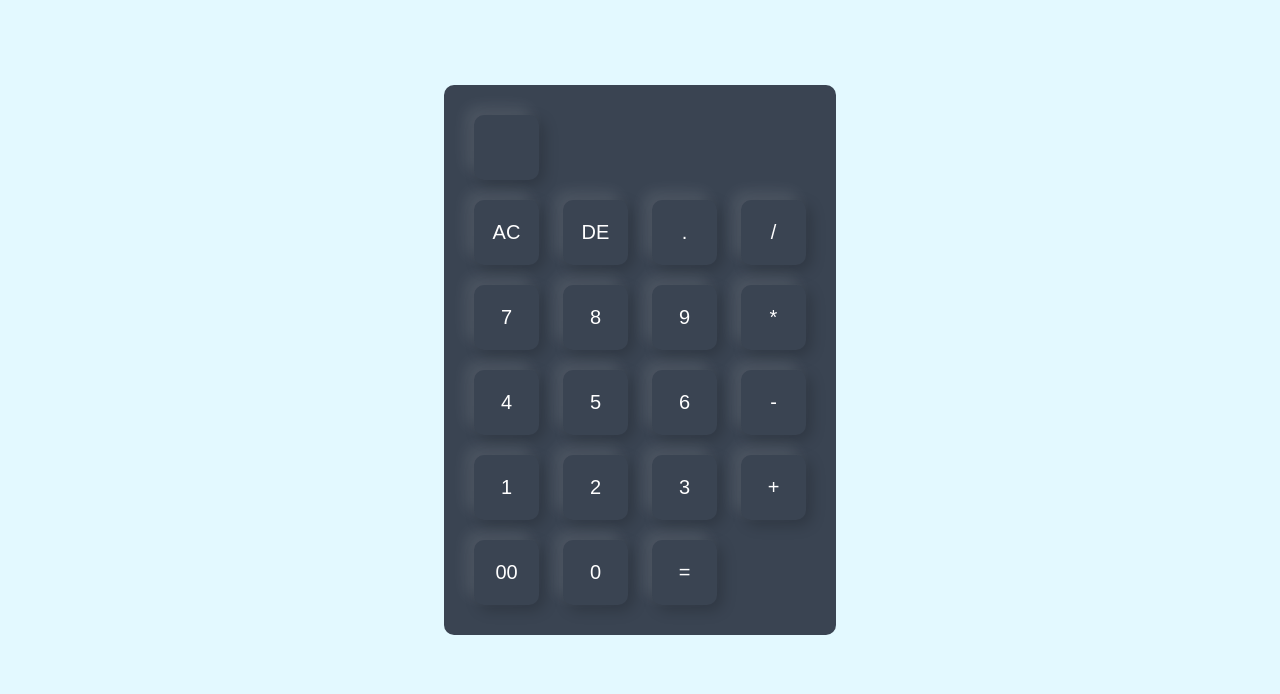
Repository: joeltorcato/CALCULATOR
Page: index.html
These files come from the project's save history. The page is drawn as it stood at one moment and after the next save; the edit follows.
The browser window is 1280 px wide. The pictures show the whole page.

Above is the page before, as saved 2023-12-31 19:08:19.

After the next save:
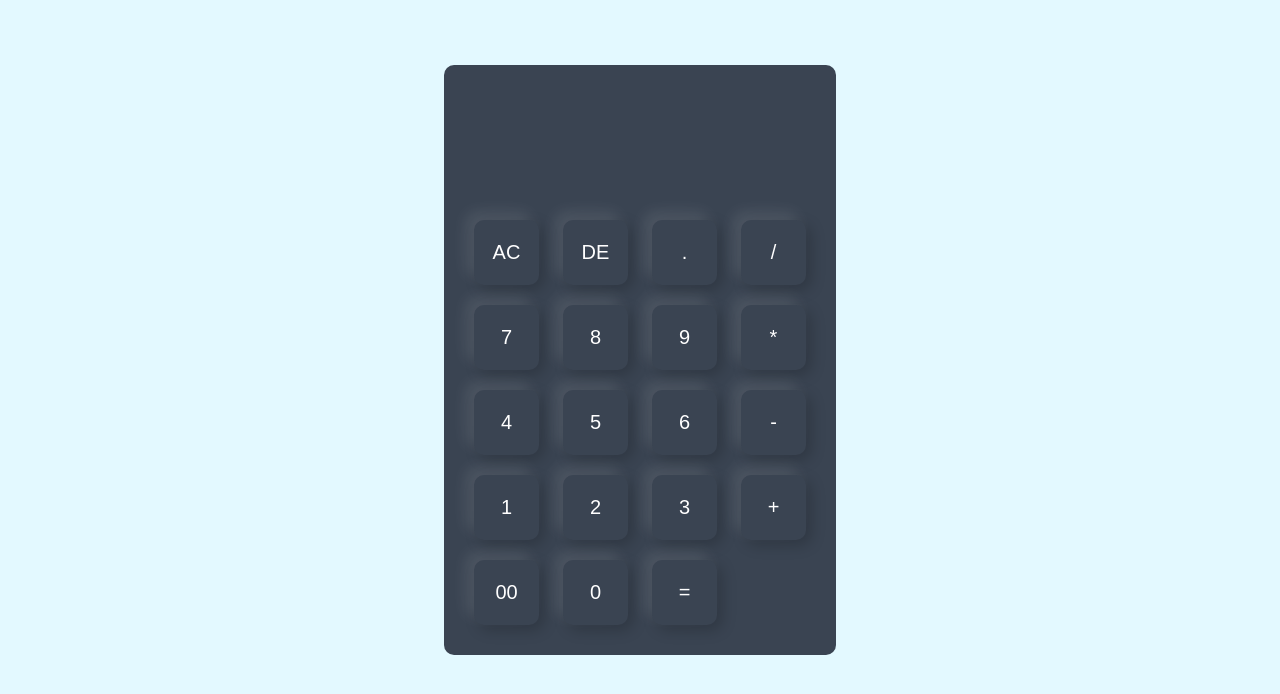
Saved 108 s later.
--- a/style.css
+++ b/style.css
@@ -35,3 +35,17 @@
     cursor: pointer;
     margin: 10px;
 }
+
+/*display*/
+form .display{
+    display: flex;
+    justify-content: flex-end;
+    margin: 20px 0;
+}
+
+form .display input{
+    text-align: right;
+    flex: 1;
+    font-size: 45px;
+    box-shadow: none;
+}
